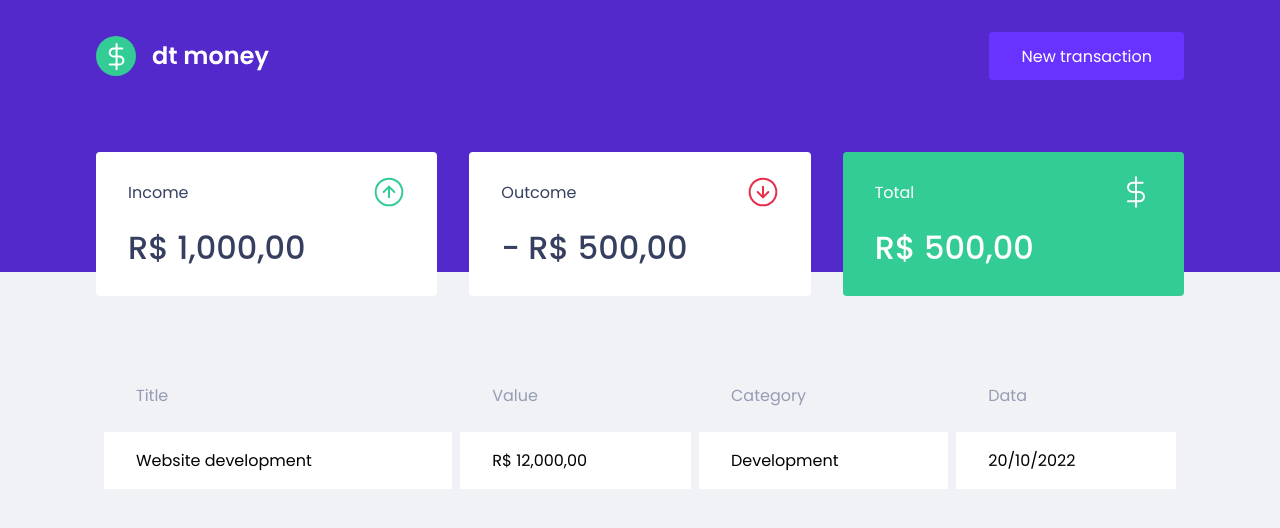
Repository: JoseGu1llardi/dtmoney
Page: /
These files come from the project's save history. The page is drawn as it stood at one moment and after the next save; the edit follows.
The browser window is 1280 px wide. The pictures show the whole page.
The project was rebuilt for these pictures with package versions that can differ from the ones it lists, and the page was loaded fresh each time.

Above is the page before, as saved 2022-12-30 15:44:51.

After the next save:
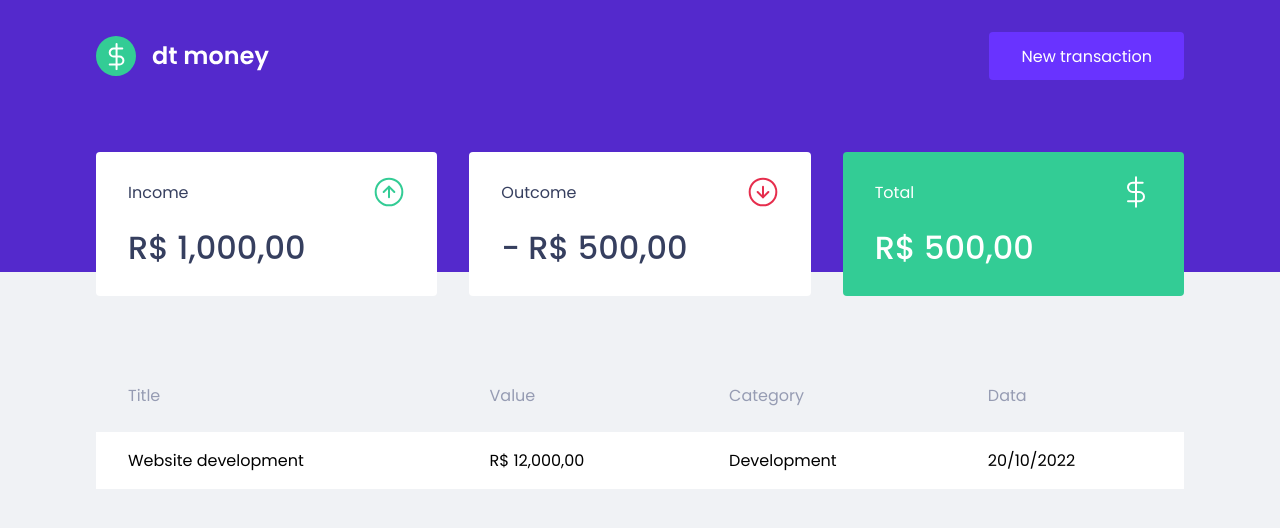
Saved 2 min 17 s later.
--- a/src/components/TransactionsTable/styles.ts
+++ b/src/components/TransactionsTable/styles.ts
@@ -5,7 +5,7 @@ export const Container = styled.div`
 
   table {
     width: 100%;
-    border-spacing: 0.5rem;
+    border-spacing: 0 0.5rem;
 
     th {
       color: var(--text-body);
